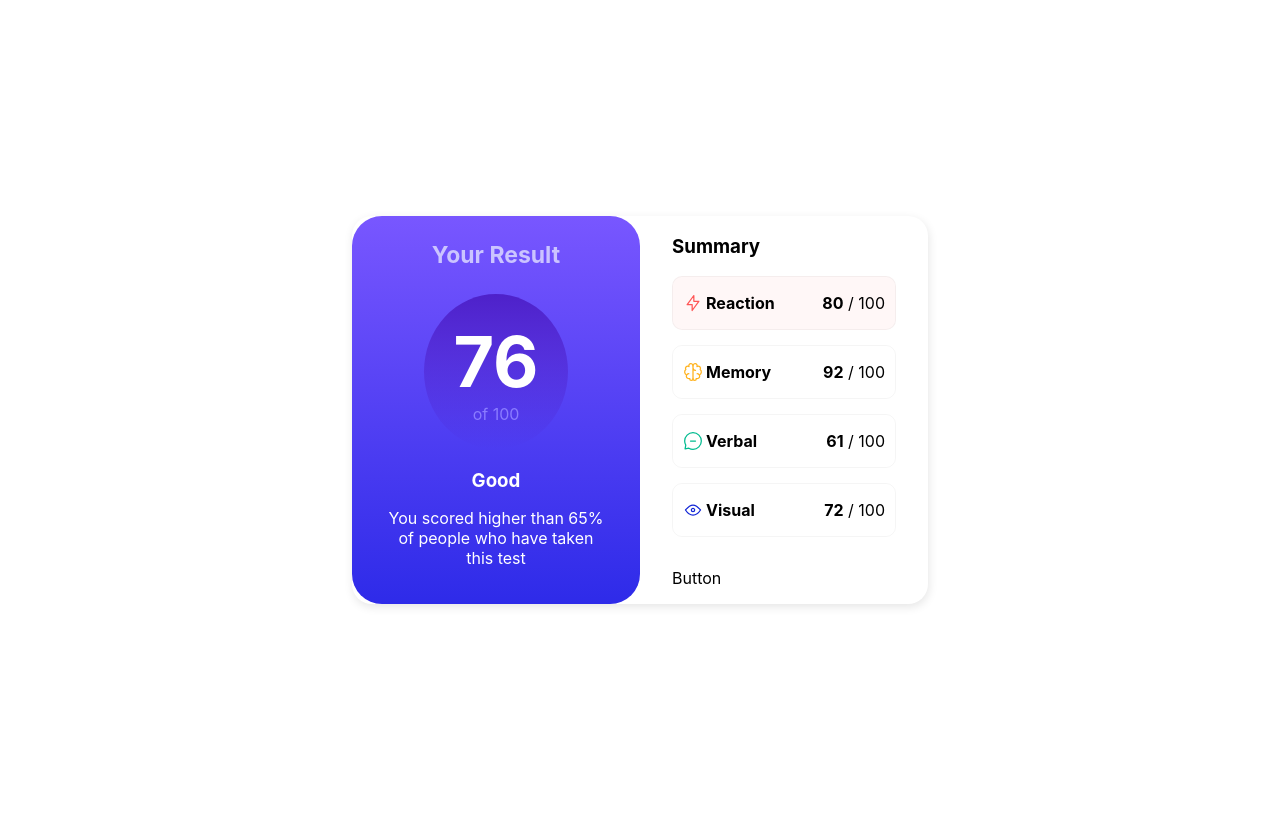
Repository: JeanPaulBassil/Result-Summary-Design
Page: /
An editor plug-in stored every save of this project. The page is shown before and after the next save, followed by the edit.
The browser window is 1280 px wide. The pictures show the whole page.
The project was rebuilt for these pictures with package versions that can differ from the ones it lists, and the page was loaded fresh each time.

Above is the page before, as saved 2023-02-24 17:42:11.

### src/index.css
body {
  margin: 0;
  font-family: -apple-system, BlinkMacSystemFont, 'Segoe UI', 'Roboto', 'Oxygen',
    'Ubuntu', 'Cantarell', 'Fira Sans', 'Droid Sans', 'Helvetica Neue',
    sans-serif;
  -webkit-font-smoothing: antialiased;
  -moz-osx-font-smoothing: grayscale;
}

code {
  font-family: source-code-pro, Menlo, Monaco, Consolas, 'Courier New',
    monospace;
}

.app{
  width: 45vw;
  height: 50vh;
  box-shadow: 1px 3px 10px rgba(0, 0, 0, .1);
  border-radius: 20px;
  display: block;
  margin: 30vh auto;
  display: grid;
  grid-template-columns: 1fr 1fr;
  height: auto;
}

### src/App.js
import Result from "./Components/Result/Result"
import Summary from "./Components/Summary/Summary"

export default function App() {
    return (
        <div className="app">
            <Result />
            <Summary />
        </div>
    )
};

### src/Components/Result/Result.js
import Description from "../Description/Description";
import Grade from "../Grade/Grade";
import data from "../../data.json";
import "./Result.css"

export default function Result() {
    const score = Math.floor(data.reduce((totalGrade, category) => totalGrade + category.score , 0) / data.length)

    return (
        <div className="result">
            <h3>Your Result</h3>
            <Grade score={score}/>
            <Description score={score}/>
        </div>
    )
};

### src/Components/Summary/Summary.js
import data from "../../data.json"
import './Summary.css'

export default function Summary() {
    const summary = data.map(part => {
        return (
            <div className={`part ${part.color}`}>
                <div>
                <img className="icon" src={part.icon} alt={part.category}/>
                <p><b>{part.category}</b></p>
                </div>
                <p><b>{part.score}</b> / 100</p>
            </div>
        )
    })

    return (
        <div className="summary">
            <h3>Summary</h3>
            <div>
                {summary}
            </div>
            <p>Button</p>
        </div>
    )
};

### src/Components/Description/Description.js
import "./Description.css"

export default function Description({score}) {
    const performance = _ => {
        if (score >= 90) return ['Excellent', `You scored higher than 85% of people who have taken this test`]
        else if (score >= 80) return ['Great', `You scored higher than 75% of people who have taken this test`]
        else if (score >= 70) return ['Good', `You scored higher than 65% of people who have taken this test`]
        else if (score >= 60) return ['Not enough', `You're above nearly half the people who have taken this test`]
        else return ['Fail', `Most people who have taken this test passed over you`]
    }

    return (
        <div className="description">
            <h3>{performance()[0]}</h3>
            <p>{performance()[1]}</p>
        </div>
    )
};

### src/Components/Grade/Grade.js
import "./Grade.css"

export default function Grade({score}) {
    return (
        <div className="grade">
            <h1>{score}</h1>
            <p>of 100</p>
        </div>
    )
};

### src/data.json


[
  {
    "category": "Reaction",
    "score": 80,
    "icon": "./assets/images/icon-reaction.svg",
    "color": "red"
  },
  {
    "category": "Memory",
    "score": 92,
    "icon": "./assets/images/icon-memory.svg",
    "color": "yellow"
  },
  {
    "category": "Verbal",
    "score": 61,
    "icon": "./assets/images/icon-verbal.svg",
    "color": "green"
  },
  {
    "category": "Visual",
    "score": 72,
    "icon": "./assets/images/icon-visual.svg",
    "color": "blue"
  }
]

### src/Components/Result/Result.css
.result {
    display: grid;
    grid-template-rows: 1fr 2fr 2fr;
    align-items: center;
    justify-items: center;
    height: 100%;
    width: 100%;
    background-image: linear-gradient(to bottom,hsl(252, 100%, 67%), hsl(241, 81%, 54%));
    border-radius: 30px;
    color: white;
}

.result > h3 {
    font-size: 23px;
    color: #cbc4ff;
}

### src/Components/Summary/Summary.css
.part {
    display: flex;
    justify-content: space-between;
    border: 1px solid rgba(0, 0, 0, .04);
    margin-bottom: 15px;
    border-radius: 10px;
    padding: 0 10px;
}

.icon {
    margin-right: 3px
}

.summary {
    padding: 0 2rem;
    display: flex;
    flex-direction: column;
    justify-content: center;
}

.summary > h3 {
    align-self: flex-start;
}

.part > div {
    display: flex;
    align-items: center;
    justify-content: center;
}

.red {
    background-color: rgba(255, 0, 0, 0.03);
}

### src/Components/Description/Description.css
.description {
    display: flex;
    flex-direction: column;
    align-items: center;
    justify-content: center;
}

.description > p{
    inline-size: 220px;
    text-align: center;
}

.description > h3 {
    margin: 0;
}

### src/Components/Grade/Grade.css
.grade {
    display: flex;
    flex-direction: column;
    justify-content: center;
    align-items: center;
    background-image: linear-gradient(to bottom, hsla(256, 72%, 46%, 1), hsla(241, 72%, 46%, 0));
    border-radius: 50%;
    inline-size: 50%;
    block-size: 100%;
}

.grade > h1 {
    margin: 0;
    font-size: 70px;
}

.grade > p {
    margin: 0;
    color: #8a7cff;
}

Loaded but not shown: public/index.html (common file); src/index.js (common file)

After the next save:
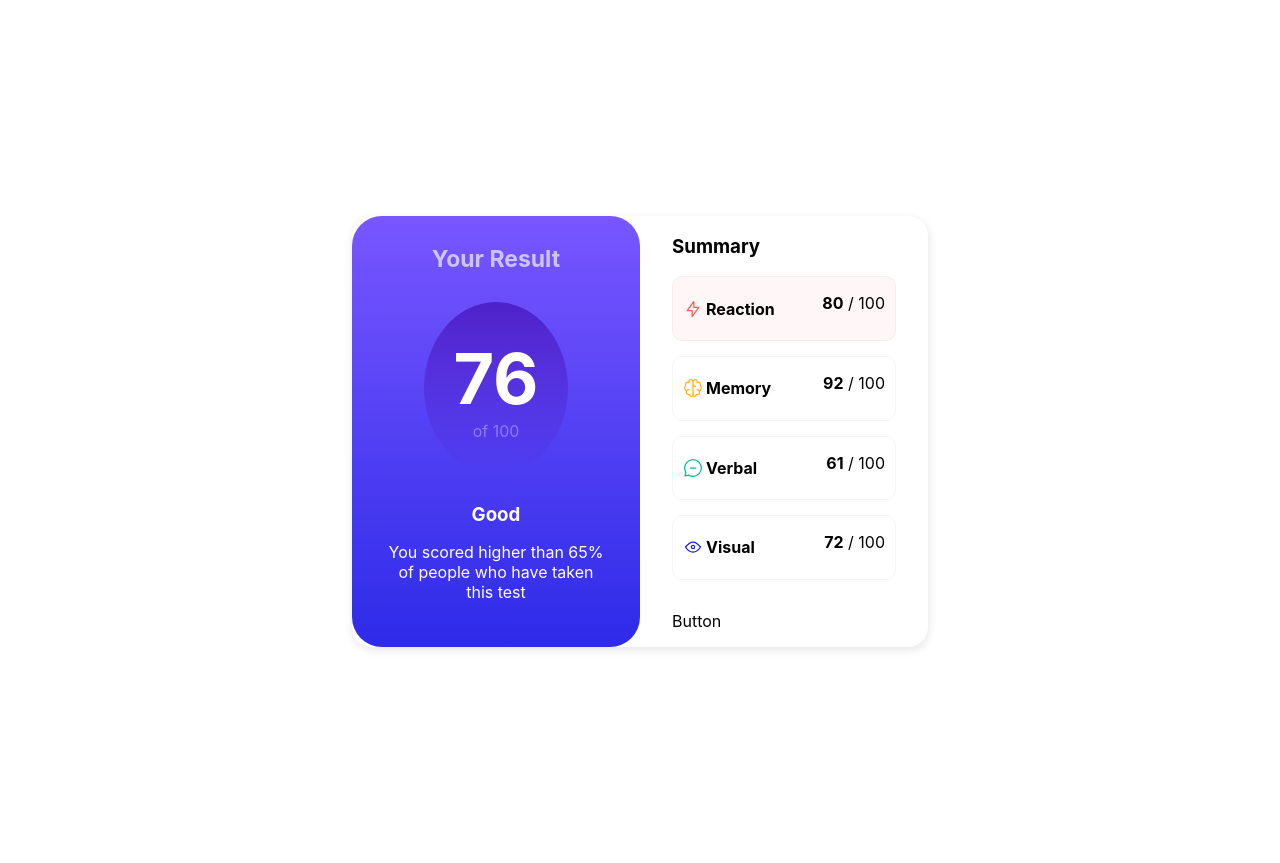
Saved 2 min 13 s later.
--- a/src/Components/Summary/Summary.js
+++ b/src/Components/Summary/Summary.js
@@ -7,7 +7,7 @@ export default function Summary() {
             <div className={`part ${part.color}`}>
                 <div>
                 <img className="icon" src={part.icon} alt={part.category}/>
-                <p><b>{part.category}</b></p>
+                <h4><b>{part.category}</b></h4>
                 </div>
                 <p><b>{part.score}</b> / 100</p>
             </div>
